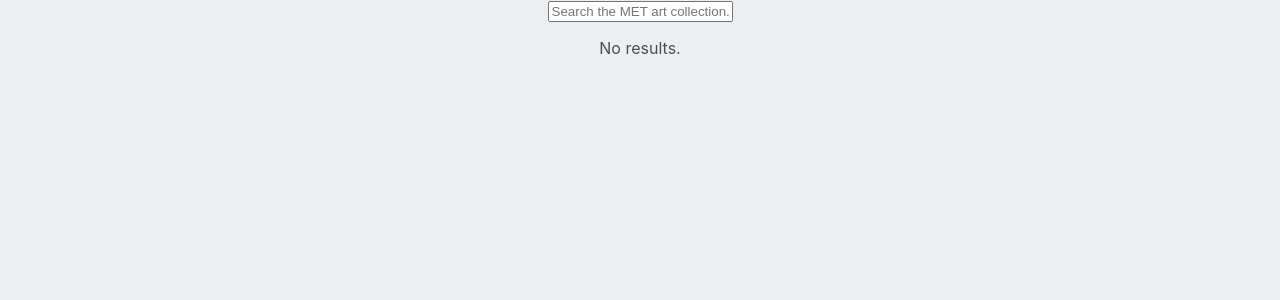
Repository: edulis8/MetSearchTool
Page: /
An editor plug-in stored every save of this project. The page is shown before and after a run of saves, followed by the edit.
The browser window is 1280 px wide. The pictures show the whole page.
The project was rebuilt for these pictures with package versions that can differ from the ones it lists, and the page was loaded fresh each time. Also part of the build but not shown: src/Pokecard.css, src/Pokecard.js, src/Pokedex.js.

Above is the page before, as saved 2020-01-16 12:05:47.

After the next 7 saves:
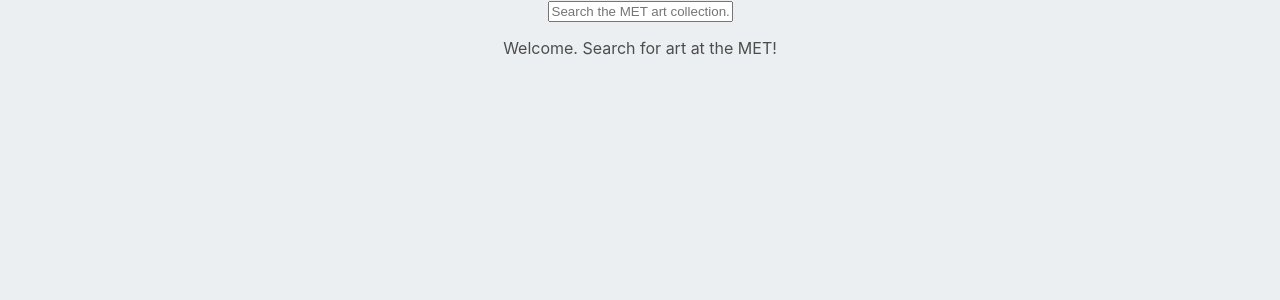
The 7 saves are shown as one change because 1 did not build or start and some came seconds apart.
The last was saved 33 s later.
--- a/src/PokeGame.js
+++ b/src/PokeGame.js
@@ -80,8 +80,8 @@
                         </div>
 
                     )}
-
-                    {!this.state.dirty && !this.state.objects.length && !this.state.searching && <p>No results.</p>}
+                    {!this.state.dirty && <p>Welcome. Search for art at the MET!</p>}
+                    {this.state.dirty && !this.state.objects.length && !this.state.searching && <p>No results.</p>}
                     {this.state.searching && <p>Searching...</p>}
                 </div>
             </div>
